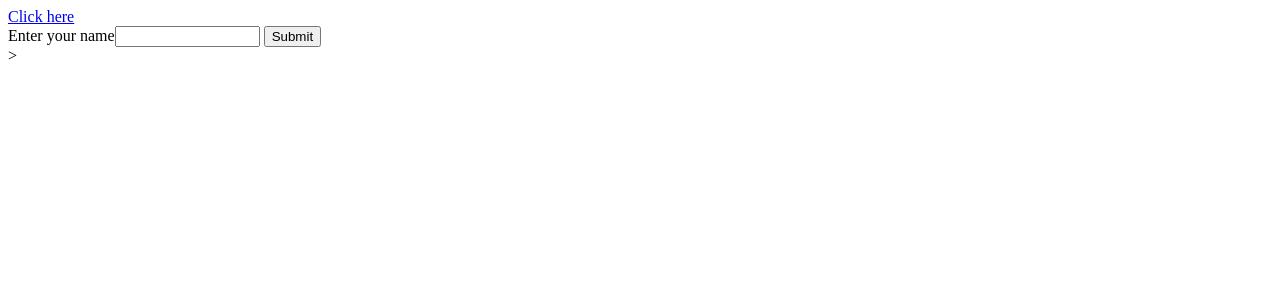
Repository: BinduRavulakolu/Day10
Page: HelloWorld/WebContent/home.html
These files come from the project's save history. The page is drawn as it stood at one moment and after the next save; the edit follows.
The browser window is 1280 px wide. The pictures show the whole page.

Above is the page before, as saved 2018-09-05 09:43:07.

After the next save:
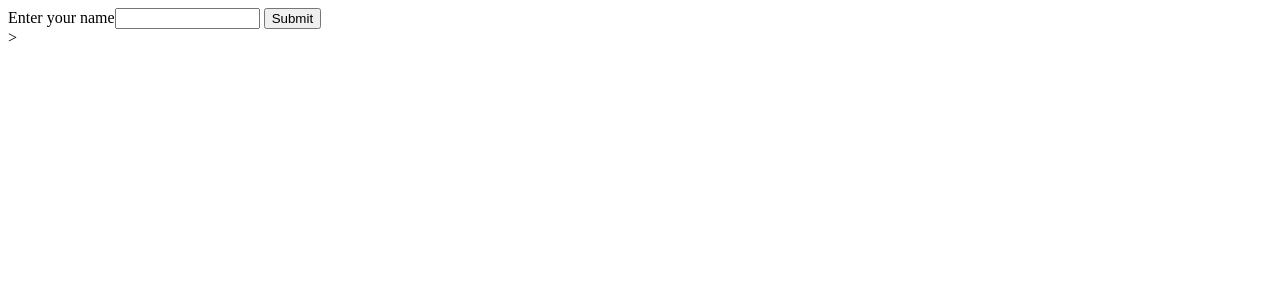
Saved 4 min 15 s later.
--- a/HelloWorld/WebContent/home.html
+++ b/HelloWorld/WebContent/home.html
@@ -5,7 +5,7 @@
 <title>Home Page</title>
 </head>
 <body>
-<a href="hello">Click here</a>
+<!-- <a href="hello">Click here</a> -->
 
 
 <form action="greet" method="post">
